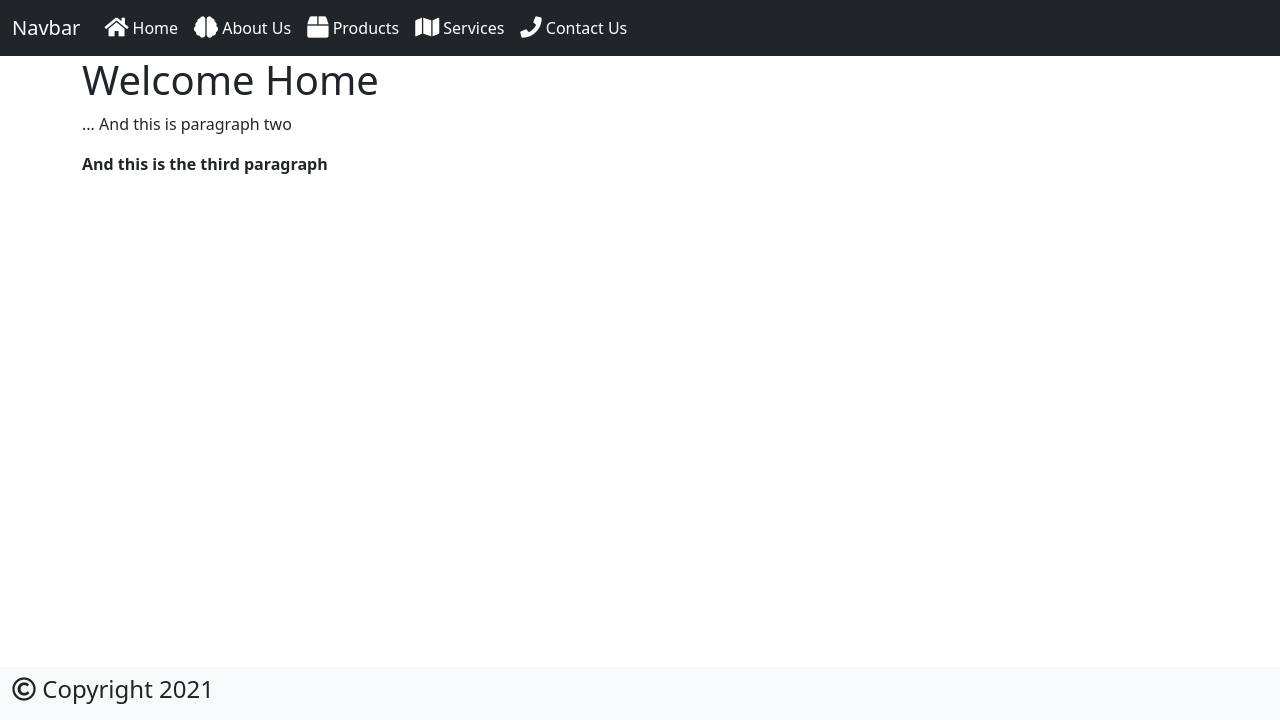
Repository: AshokSasi/WEBD6201-Week3
Page: index.html
These files come from the project's save history. The page is drawn as it stood at one moment and after the next save; the edit follows.
The browser window is 1280 px wide. The pictures show the whole page.

Above is the page before, as saved 2021-01-21 09:41:37.

After the next save:
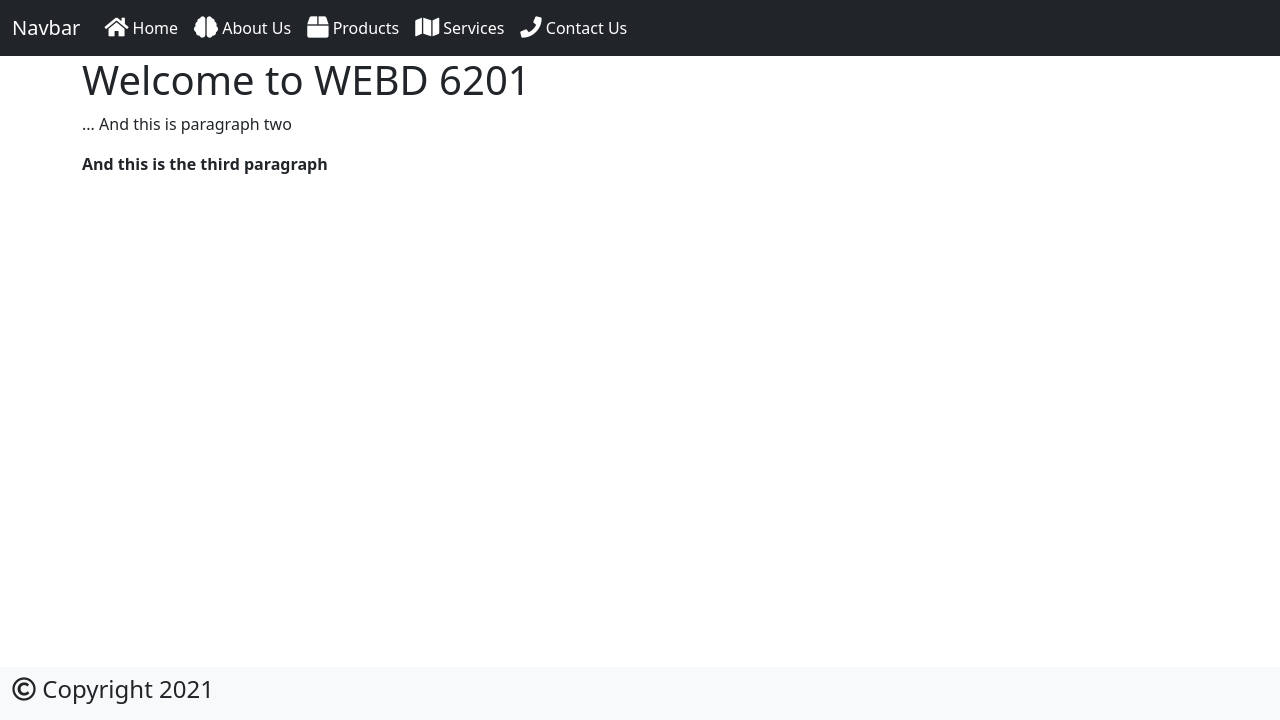
Saved 12 s later.
--- a/Scripts/app.js
+++ b/Scripts/app.js
@@ -47,7 +47,7 @@
       mainContent.removeChild(paragraphOneElement);
 
       //update / modification
-      mainContent.firstElementChild.textContent = "Welcome Home";
+     // mainContent.firstElementChild.textContent = "Welcome Home";
 
 
     }

After the save that followed:
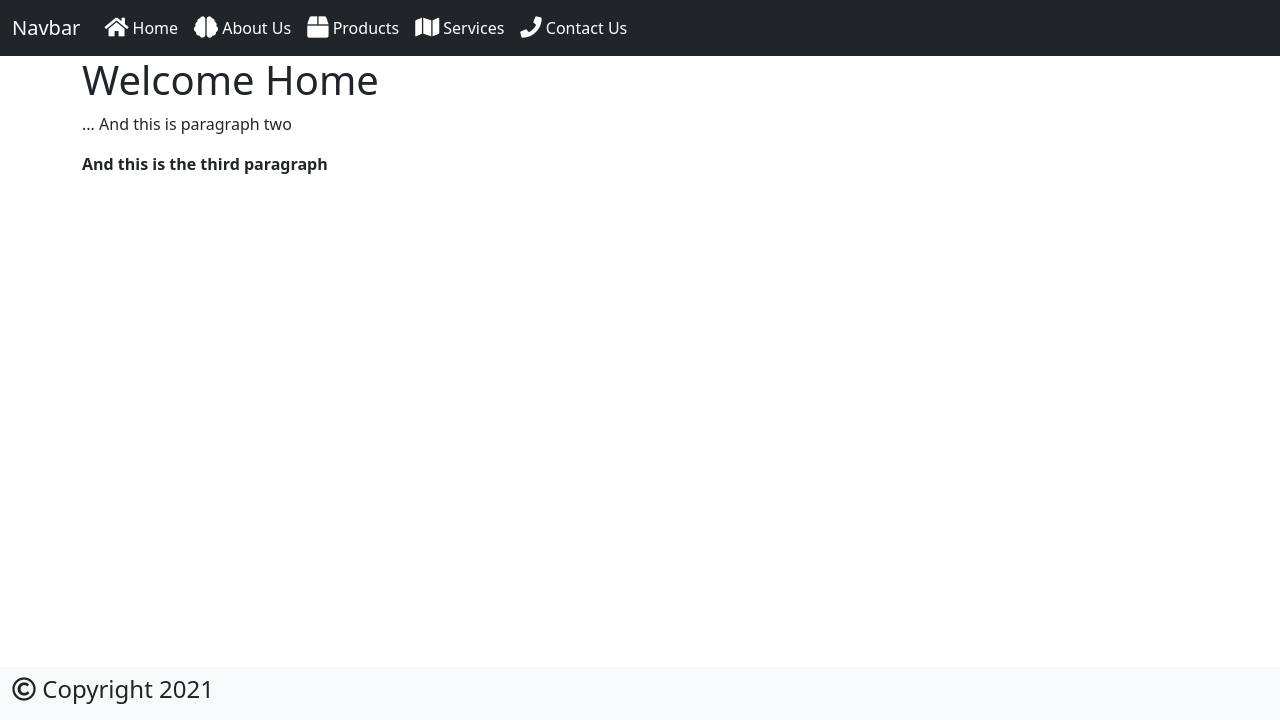
Saved 4 s later.
--- a/Scripts/app.js
+++ b/Scripts/app.js
@@ -47,7 +47,7 @@
       mainContent.removeChild(paragraphOneElement);
 
       //update / modification
-     // mainContent.firstElementChild.textContent = "Welcome Home";
+      mainContent.firstElementChild.textContent = "Welcome Home";
 
 
     }
